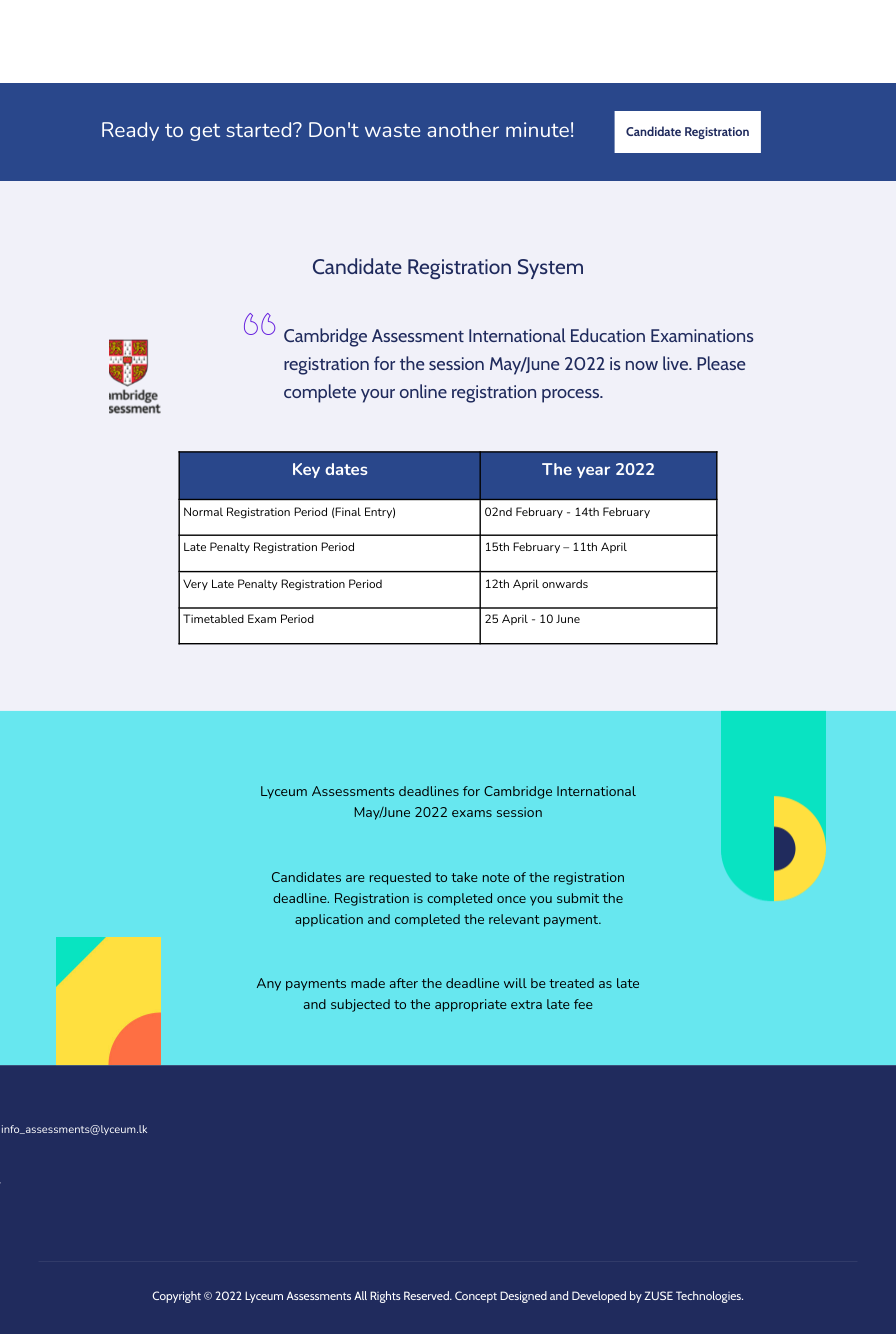
Repository: AXUSLK/LyceumAssessments-HTML
Page: index.html
These files come from the project's save history. The page is drawn as it stood at one moment and after the next save; the edit follows.
The browser window is 1280 px wide. The pictures show the part of the page from y = 2681 to 4601 px (the page is 4586 px tall before and 4601 px after), at 70% of full size.
Backgrounds fixed to the window are drawn as part of the page. Some web libraries are served in a nearby version.

Above is the page before, as saved 2022-01-31 15:21:13.

After the next save:
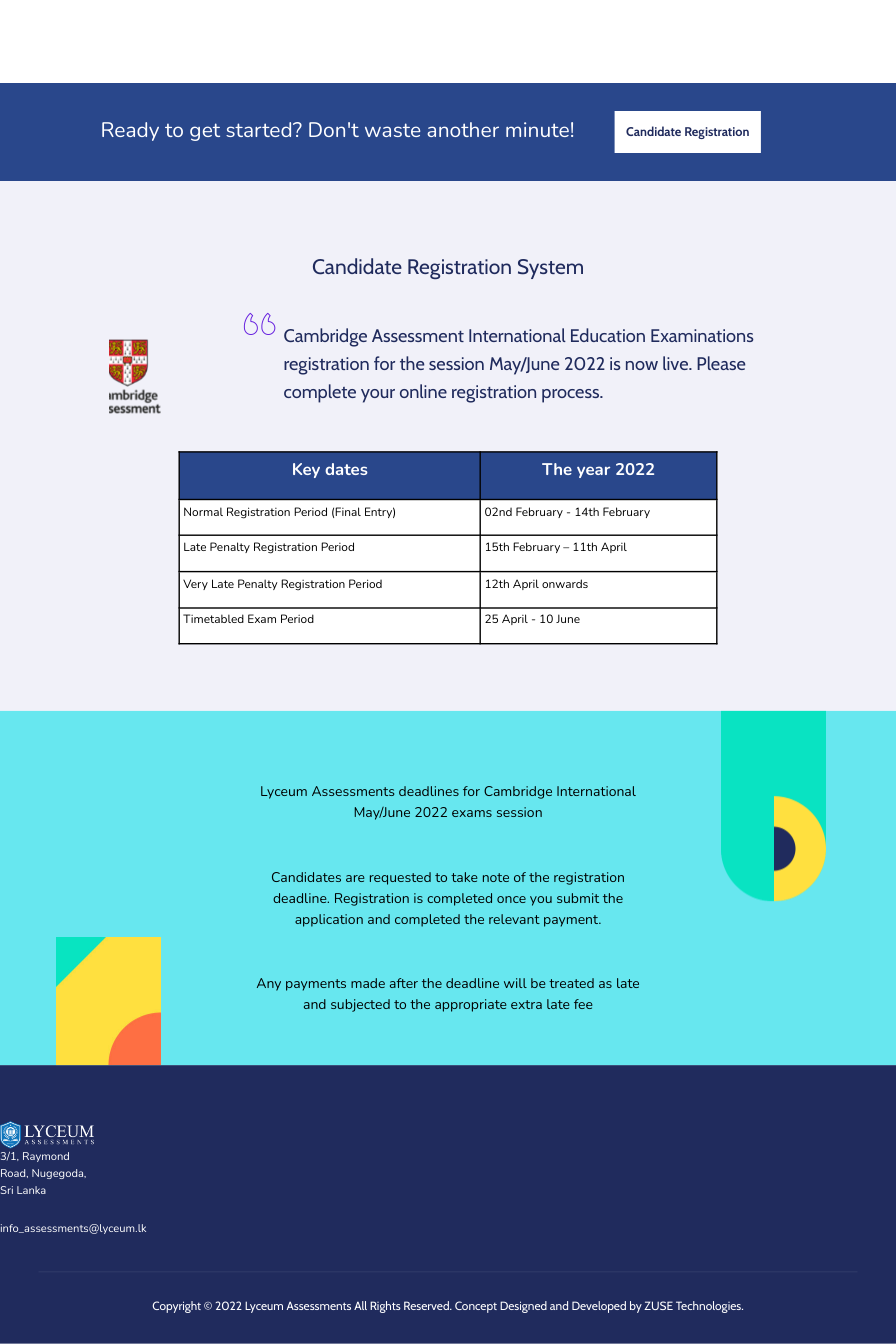
Saved 28 s later.
--- a/index.html
+++ b/index.html
@@ -486,7 +486,7 @@
 				class="footerAside pt-20 pt-md-10 pt-lg-16 pb-1 pb-md-4 position-relative text-center text-sm-left">
 				<div class="">
 					<!-- ftLogo -->
-					<div class="ftLogo mb-6 mx-auto mx-md-0 centerDivItem">
+					<div class="ftLogo mb-6 mx-auto mx-md-0">
 						<a href="javascript:void(0);">
 							<img src="images/LYA__LOGO.png" class="img-fluid " alt="">
 						</a>

After the 3 saves that followed:
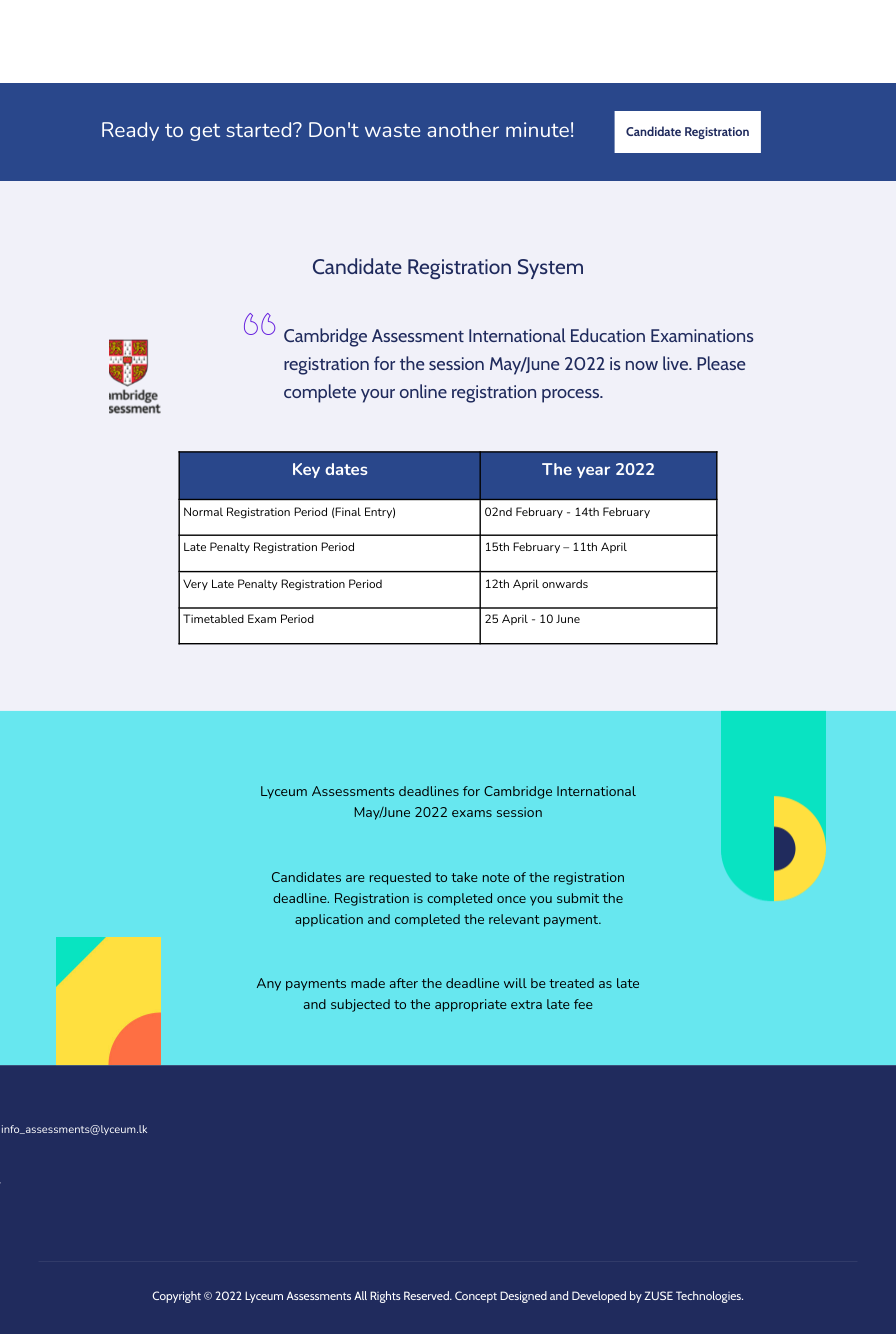
The 3 saves are shown as one change because they came seconds apart.
The last was saved 13 s later.
--- a/index.html
+++ b/index.html
@@ -486,7 +486,7 @@
 				class="footerAside pt-20 pt-md-10 pt-lg-16 pb-1 pb-md-4 position-relative text-center text-sm-left">
 				<div class="">
 					<!-- ftLogo -->
-					<div class="ftLogo mb-6 mx-auto mx-md-0">
+					<div class="ftLogo mb-6 mx-auto mx-md-0 centerDivItem">
 						<a href="javascript:void(0);">
 							<img src="images/LYA__LOGO.png" class="img-fluid " alt="">
 						</a>
